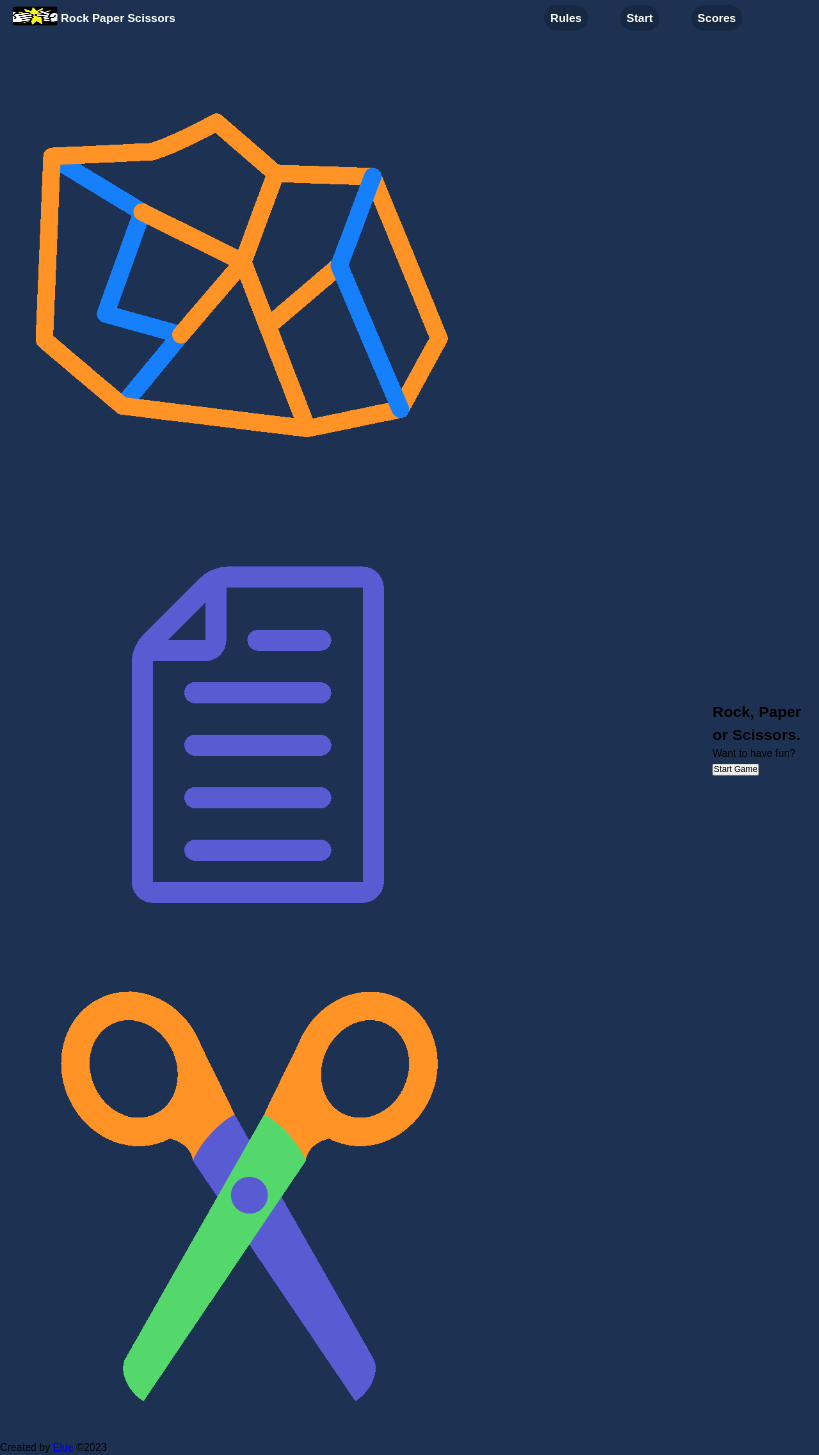
Repository: MikkyPrestige/rock-paper-scissors
Page: index.html
These files come from the project's save history. The page is drawn as it stood at one moment and after the next save; the edit follows.
The browser window is 1280 px wide. The pictures show the whole page, at 64% of full size.

Above is the page before, as saved 2023-05-08 04:34:32.

### index.html
<!DOCTYPE html>
<html lang="en">

<head>
  <meta charset="UTF-8">
  <meta http-equiv="X-UA-Compatible" content="IE=edge">
  <meta name="viewport" content="width=device-width, initial-scale=1.0">
  <title>Rock, Paper or Scissors Game</title>
  <link rel="stylesheet" href="./index.css">
  <!-- <script src="./index.js" defer></script> -->
</head>

<body>
  <main>
    <header>
      <figure>
        <a href="/">
          <img src="./img/logo.png" alt="Logo" class="logo">
        </a>
        <figcaption>Rock Paper Scissors</figcaption>
      </figure>
      <nav>
        <ul>
          <li><a href="#">Rules</a></li>
          <li><a href="#">Start</a></li>
          <li><a href="#">Scores</a></li>
        </ul>
      </nav>
    </header>
    <section class="home">
      <div class="images">
        <img src="./img/Rock.gif" alt="Rock image" class="img">
        <img src="./img/Paper.gif" alt="Paper image" class="img">
        <img src="./img/Scissors.gif" alt="Scissors image" class="img">
      </div>
      <div class="content">
        <h1>Rock, Paper or Scissors.</h1>
        <p>Want to have <span>fun?</span></p>
        <button type="submit" class="btn">Start Game</button>
      </div>
    </section>

    <footer>
      <p>Created by <a href="#" target="_blank">Elue</a> &copy;2023</p>
    </footer>
  </main>
</body>

</html>

### index.css
*,
*::after,
*::before {
  box-sizing: border-box;
  margin: 0;
  padding: 0;
}

html {
  font-size: 62.5%;
}

body {
  font-family: "Fira Sans", sans-serif;
  font-size: 1.6rem;
  line-height: 1.5;
  background: rgba(29, 50, 83, 1);
  width: 100%;
  height: 100%;
}

main {
  display: flex;
  flex-direction: column;
  justify-content: center;
  gap: 2rem;
  height: 100%;
  width: 100%;
}

header {
  display: flex;
  justify-content: space-between;
  align-items: center;
  padding: 1rem 2rem;
  width: 100%;
  height: auto;
}

figure {
  display: flex;
  align-items: center;
  gap: .5rem;
  height: auto;
}

.logo {
  width: 7rem;
  height: 3rem;
  border-radius: .5rem;
  -webkit-border-radius: .5rem;
  -moz-border-radius: .5rem;
  -ms-border-radius: .5rem;
  -o-border-radius: .5rem;
}

figcaption {
  font-size: 1.8rem;
  font-weight: 600;
  color: rgba(255, 255, 255, 1);
}

nav {
  height: auto;
  margin-right: 10rem;
}

ul {
  display: flex;
  justify-content: center;
  align-items: center;
  gap: 5rem;
  list-style: none;
}

li a {
  font-size: 1.8rem;
  font-weight: 600;
  color: rgba(255, 255, 255, 1);
  background: linear-gradient(0deg, rgba(0, 0, 0, 0.2), rgba(0, 0, 0, 0.2)), #1D3253;
  text-decoration: none;
  padding: 1rem;
  border-radius: 2rem;
}

li a:hover {
  background: rgba(255, 255, 255, 1);
  color: rgba(29, 50, 83, 1);
  text-decoration: underline;
}

.home {
  display: flex;
  justify-content: space-between;
  align-items: center;
  padding: 1rem 2rem;
  width: 100%;
  height: auto;
}

.images {
  position: relative;
  /* display: flex;
  justify-content: center;
  align-items: center;
  height: auto; */
}

.img {

}

After the next save:
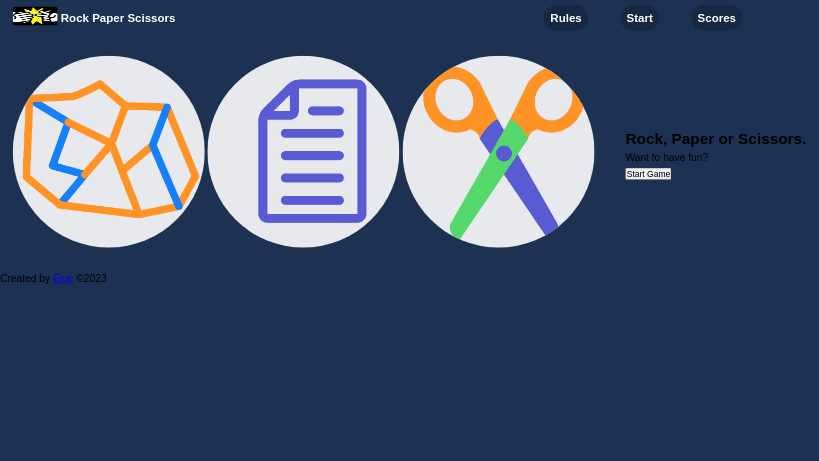
Saved 50 s later.
--- a/index.css
+++ b/index.css
@@ -107,5 +107,12 @@ li a:hover {
 }
 
 .img {
-
+  background: rgba(253, 253, 253, 0.9);
+  border-radius: 50%;
+  -webkit-border-radius: 50%;
+  -moz-border-radius: 50%;
+  -ms-border-radius: 50%;
+  -o-border-radius: 50%;
+  width: 30rem;
+  height: 30rem;
 }
